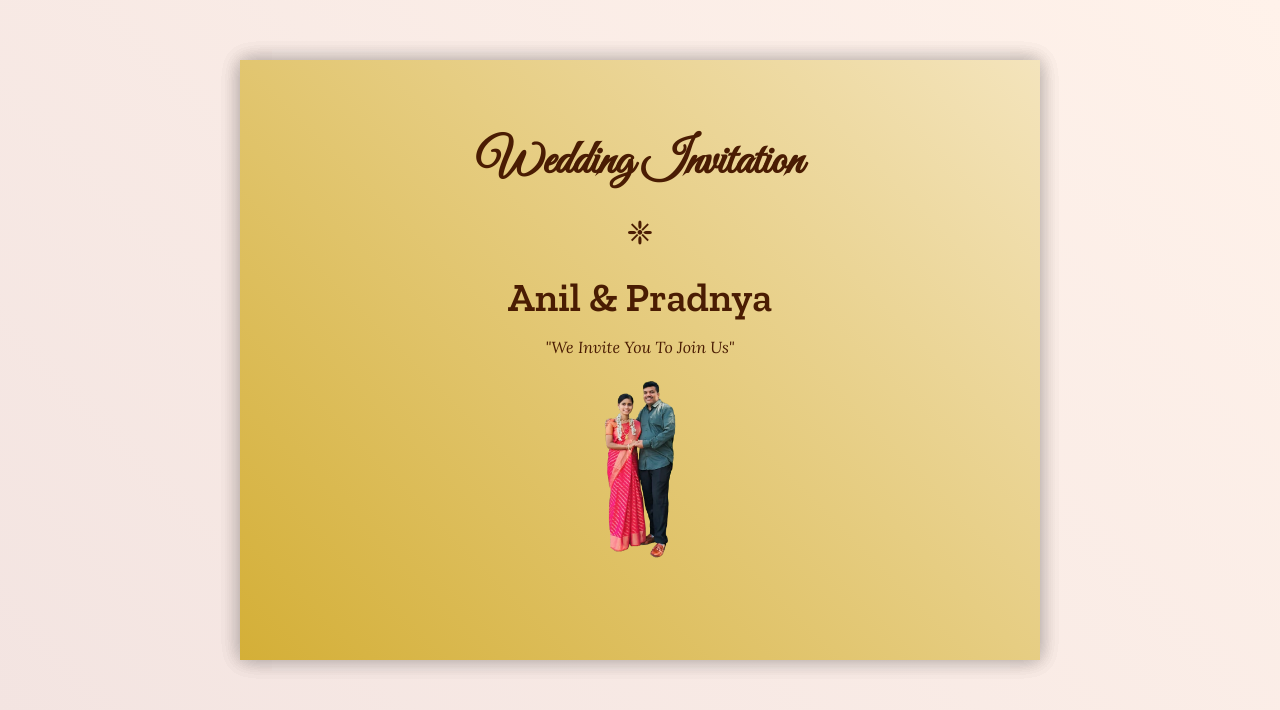
Repository: abhibkop27/finalwedding
Page: index.html
The author's editor kept a copy of each file at every save. The page is drawn from the files as they stood at one save, then again after the next save.
The browser window is 1280 px wide. The pictures show the whole page.

Above is the page before, as saved 2025-02-17 18:16:28.

After the next save:
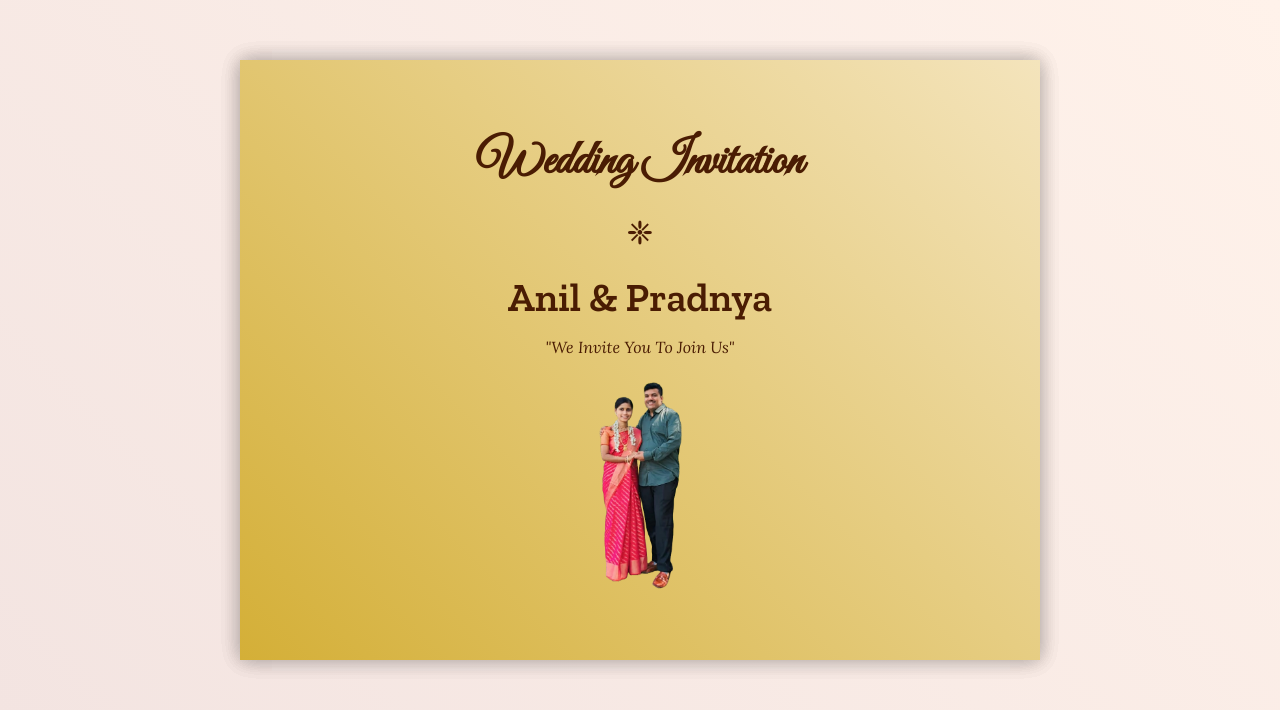
Saved 5 min 44 s later.
--- a/index.html
+++ b/index.html
@@ -16,7 +16,7 @@
                 <div class="ornament">❈</div>
                 <h2 class="main-name">Anil & Pradnya</h2>
                 <p>"We Invite You To Join Us"</p>
-                <img src="./asstes/pics/Adobe Express - file.png" alt="wedding" style="height: 12rem;">
+                <img src="./asstes/pics/Adobe Express - file.png" alt="wedding" style="height: 14rem;">
             </div>
         </div>
 
